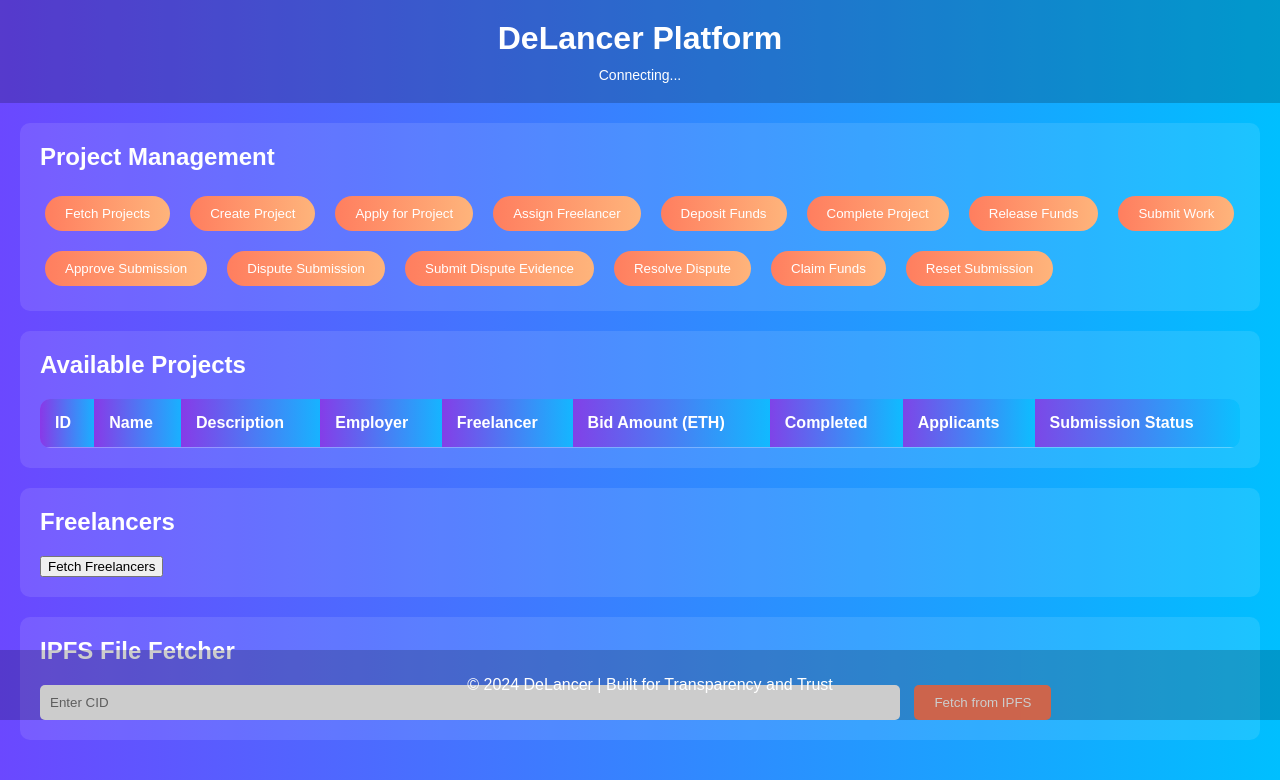
Repository: navjoth/DeLancer
Page: public/index.html
These files come from the project's save history. The page is drawn as it stood at one moment and after the next save; the edit follows.
The browser window is 1280 px wide. The pictures show the whole page.

Above is the page before, as saved 2025-03-21 18:09:22.

After the next save:
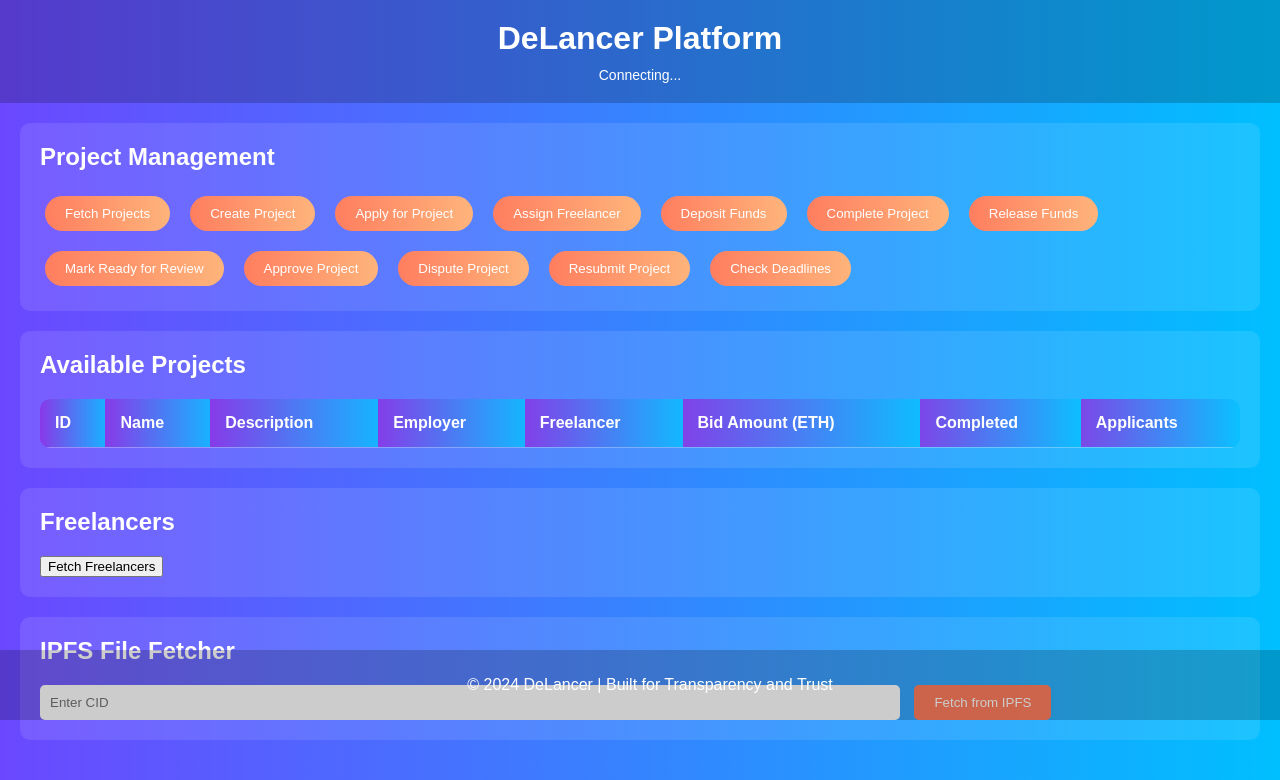
Saved 4 h 48 min later.
--- a/public/index.html
+++ b/public/index.html
@@ -27,15 +27,12 @@
                 <button id="depositFundsBtn">Deposit Funds</button>
                 <button id="completeProjectBtn">Complete Project</button>
                 <button id="releaseFundsBtn">Release Funds</button>
-                <!-- NEW BUTTONS START HERE -->
-                <button id="submitWorkBtn">Submit Work</button>
-                <button id="approveSubmissionBtn">Approve Submission</button>
-                <button id="disputeSubmissionBtn">Dispute Submission</button>
-                <button id="submitDisputeEvidenceBtn">Submit Dispute Evidence</button>
-                <button id="resolveDisputeBtn">Resolve Dispute</button>
-                <button id="claimFundsBtn">Claim Funds</button>
-                <button id="resetSubmissionBtn">Reset Submission</button>
-                <!-- NEW BUTTONS END HERE -->
+                <!-- New Buttons for Mutual Agreement with Dispute Resolution -->
+                <button id="markReadyBtn">Mark Ready for Review</button>
+                <button id="approveBtn">Approve Project</button>
+                <button id="disputeBtn">Dispute Project</button>
+                <button id="resubmitBtn">Resubmit Project</button>
+                <button id="checkDeadlinesBtn">Check Deadlines</button>
             </div>
         </section>
 
@@ -53,9 +50,6 @@
                         <th>Bid Amount (ETH)</th>
                         <th>Completed</th>
                         <th>Applicants</th>
-                        <!-- NEW COLUMN START HERE -->
-                        <th>Submission Status</th>
-                        <!-- NEW COLUMN END HERE -->
                     </tr>
                 </thead>
                 <tbody id="projectTable"></tbody>
